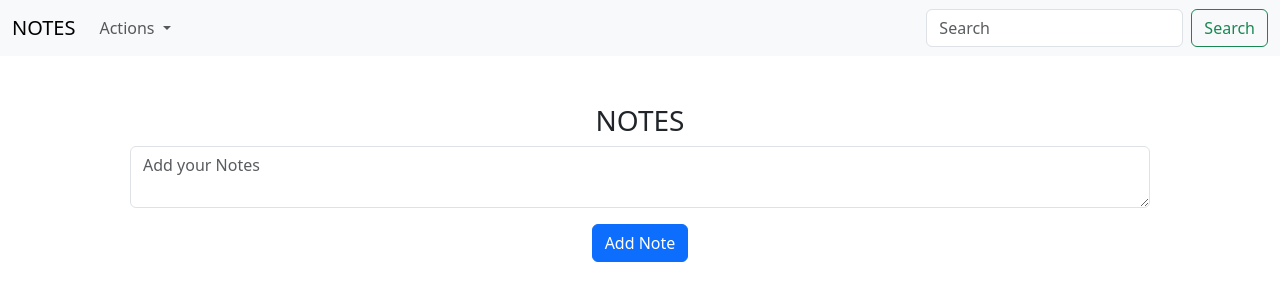
Repository: Qu4ntumGuy/flask-notes
Page: http://localhost/
The author's editor kept a copy of each file at every save. The page is drawn from the files as they stood at one save, then again after the next save.
The browser window is 1280 px wide. The pictures show the whole page.
The page is served by the project's application, run on Flask 3 (website/__init__.py). The user the application loads for id 1 is signed in. The page reads the database file committed with the project.

Above is the page before, as saved 2024-05-30 22:26:16.

After the next save:
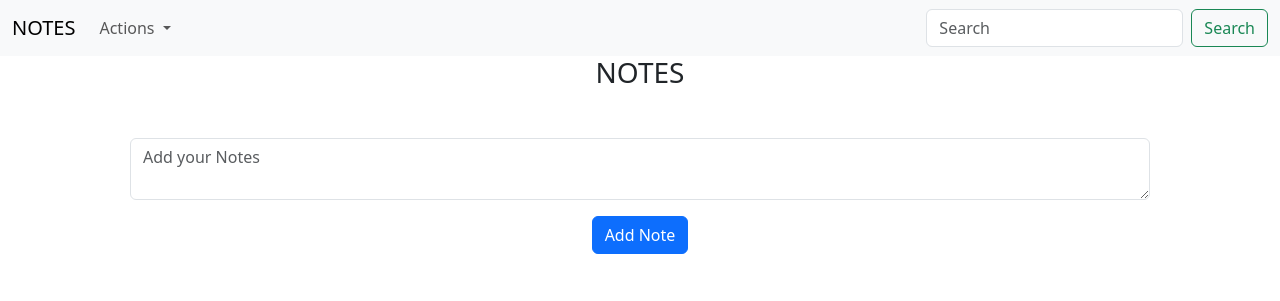
Saved 50 s later.
--- a/website/templates/home.html
+++ b/website/templates/home.html
@@ -1,12 +1,11 @@
 {%extends "index.html" %} {% block title %}  {{title}} {% endblock %}
 
 {% block content %}
-
+<div align="center">
+    <h3>NOTES</h3>
+</div>
 <form method="post" class="m-5">
     <div class="mb-3 mt-5">
-        <div align="center">
-            <h3>NOTES</h3>
-        </div>
       <!-- <label for="email" class="form-label">Email</label> -->
       <textarea class="form-control" id="note" name="note" placeholder="Add your Notes"></textarea>
     </div>
